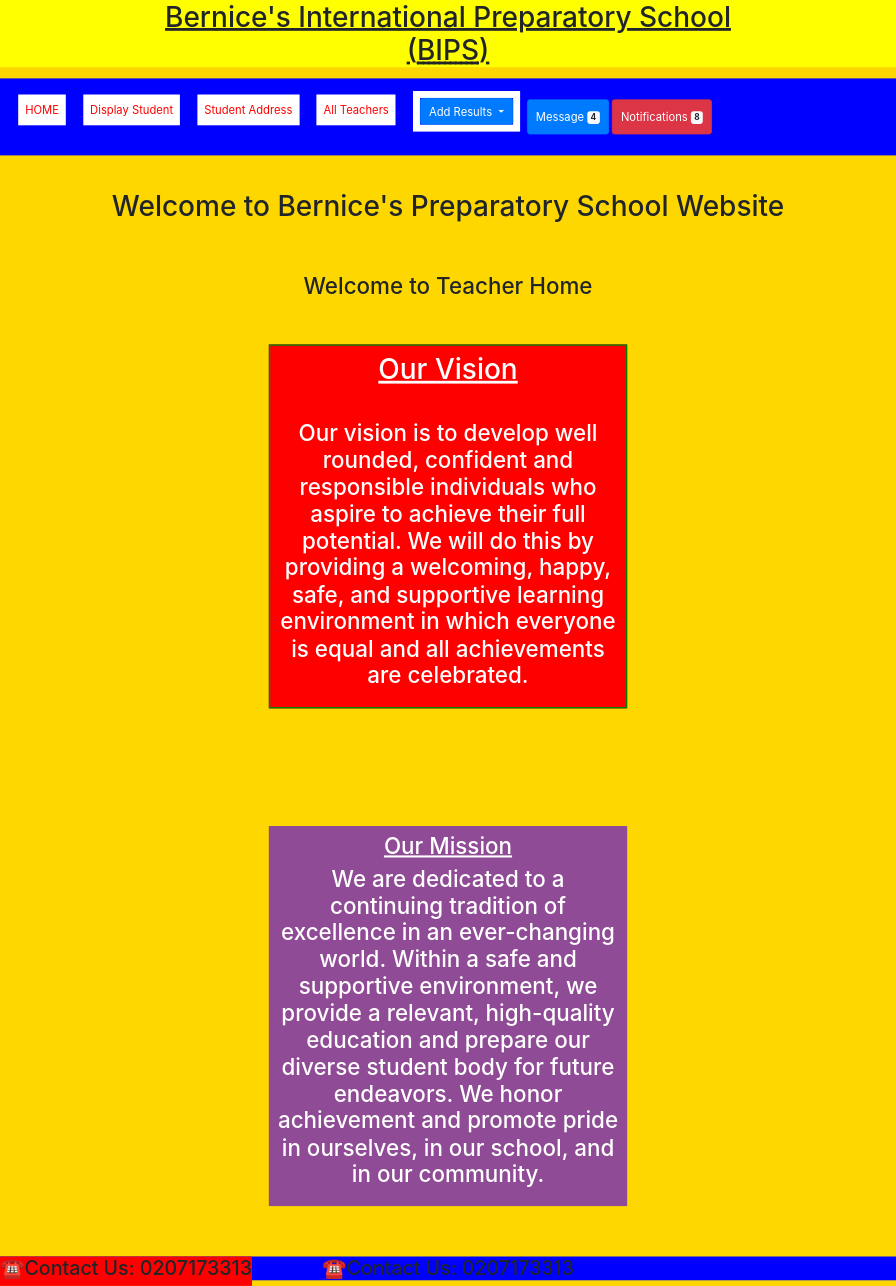
Repository: joseackah/eclipse-workspace
Page: http://localhost/com.school.mgt.system.Front.End/WEB-INF/views/teacherHome.jsp
An editor plug-in stored every save of this project. The page is shown before and after the next save, followed by the edit.
The browser window is 1280 px wide. The pictures show the whole page, at 70% of full size.
The page is served by Tomcat 9. Nobody is signed in. Other server files are loaded and not shown. The template is opened directly, without the code that normally fills it, so the values that code supplies are empty.

Above is the page before, as saved 2021-08-14 21:27:47.

### com.school.mgt.system.Front.End/src/main/webapp/WEB-INF/views/teacherHome.jsp
<%@ page language="java" contentType="text/html; charset=ISO-8859-1"
    pageEncoding="ISO-8859-1"%>
<!DOCTYPE html>
<html>
<head>
<style type="text/css">

a:link{
color: red;
}
a:visited{
color: green;
}
li:hover{
background-color: green;
transition: 5s;
color: red;
}
.article{
padding: 2em;
color: white;
animation: mymove 5s infinite;
position: relative;
}
@keyframes mymove{
from{background-color: red;
}
to{background-color: blue;
}
}
h3:before{
content: '\260E';}

.aside{
padding: 2em;
color: white;
position: relative;
animation-name: myaside;
animation: myaside 6s infinite;
}
@keyframes myaside{
from{background-color: green;}
to {background-color: rgb(145,74,152);}
}
</style>

<link href="${pageContext.request.contextPath}/resources/index.css"
	rel="stylesheet">
<meta charset="ISO-8859-1">
<meta name="viewport" content="width=device-width, initial-scale=1">
  <link rel="stylesheet" href="https://maxcdn.bootstrapcdn.com/bootstrap/4.5.2/css/bootstrap.min.css">
  <script src="https://ajax.googleapis.com/ajax/libs/jquery/3.5.1/jquery.min.js"></script>
  <script src="https://cdnjs.cloudflare.com/ajax/libs/popper.js/1.16.0/umd/popper.min.js"></script>
  <script src="https://maxcdn.bootstrapcdn.com/bootstrap/4.5.2/js/bootstrap.min.js"></script>
<title>TEACHER HOME</title>
</head>
<body style="background-color:gold;">
 <div id='firstHeader' class='firstHeader' name='firstHeader'>

        <h1 style="text-align:center"><ins>Bernice's International Preparatory School <p>(<abbr title="Bernice's International Preparatory School">BIPS</abbr>)</p></ins></h1>
    </div>
    <nav class="navbar navbar-expand-sm bg-blue navbar-blue" style="background-color: blue; content-display: flex-end;">
        <ul>
            <li><a href="${pageContext.request.contextPath}/general/homePage">HOME</a></li>

            <li><a href="${pageContext.request.contextPath}/schoolStudents/displayStudents">Display Student</a></li>

            <li><a href="${pageContext.request.contextPath}/studentAddress/displayStudentAddress">Student Address</a></li>

            <li><a href="${pageContext.request.contextPath}/schoolTeachers/displayTeachers">All Teachers</a></li>

           <li>
           <div class="dropdown" style="background-color:blue;">

  <button type="button" class="btn btn-primary dropdown-toggle" data-toggle="dropdown" >
    Add Results
  </button>
  <div class="dropdown-menu">
    <a class="dropdown-item" href="${pageContext.request.contextPath}/lowerPrimary/saveResults">Primary One</a>
    <a class="dropdown-item" href="#">Primary Two</a>
    <a class="dropdown-item" href="#">Primary Three</a>
    <a class="dropdown-item" href="#">Primary Four</a>
    <a class="dropdown-item" href="#">Primary Five</a>
    <a class="dropdown-item" href="#">Primary Six</a>
    <a class="dropdown-item" href="#">JHS One</a>
    <a class="dropdown-item" href="#">JHS Two</a>
    <a class="dropdown-item" href="#">JHS Three</a>
  </div>
</div>
      </li>

        </ul>

        <div class="">
        <div>
        <button type="button" class="btn btn-primary" style="margin-right: em; height: 50px">Message <span class="badge badge-light">4</span></button>
        <button type="button" class="btn btn-danger" style="margin-right: em; height: 50px">Notifications <span class="badge badge-light">8</span></button>
        </div>


	</div>
    </nav>

<br/>
<br />
<h1 style='text-align: center;'>Welcome to Bernice's Preparatory School Website</h1>
<br/> <br/>
 <p style="text-align:center"> <h2 style="text-align:center" > Welcome to Teacher Home </h2> </p> <br /> <br />

 <section style="display:flex-center; width:100%; text-align:center;">
 <article class="article" style="display:;display:inline-block; width:40%; border: 2px solid green; background-color:red;">
  <header style="display:center;"> <h1 style="text-align:center;"> <ins> Our Vision</ins></h1> <br/>
   <p><h2>Our vision is to develop well rounded, confident and responsible individuals who aspire to achieve their full potential. We will do this by providing a welcoming, happy, safe, and supportive learning environment in which everyone is equal and all achievements are celebrated. </h2></p>
</header>
</article><br /> <br /><br /> <br /><br /> <br /><br /> <br />
<aside class="aside" style="display:inline-block; width:40%; background-color:green;  height: 50%;" >
<article >

<header> <h2> <ins> Our Mission</ins></h2></header>
<h2><p> We are dedicated to a continuing tradition of excellence in an ever-changing world. Within a safe and supportive environment, we provide a relevant, high-quality education and prepare our diverse student body for future endeavors. We honor achievement and promote pride in ourselves, in our school, and in our community. </p></h2>
</article>
</aside>
</section>
<br /> <br/> <br/>
<div id="mainFooter" style="background-color:red; position:absolute; right: 20;">
<footer id="mainFooter"  style="">
<h3 style="display:bottom; ">Contact Us: 0207173313</h3>

</footer>
</div>

<footer class="footer"  >
<h3 style="text-align: center;">Contact Us: 0207173313</h3>

</footer>
${count}
</body>
</html>

### com.school.mgt.system.Front.End/src/main/webapp/resources/index.css
* {
    padding: 0px;
    margin: 0px;
}

.body{

	background-color:brown;
}

nav {
    /*display: flex;*/
    /*display: inline-block;*/
    align-items: center;
    align-content: center;
    width: 100%;
    border: 4px;
    background-color: blue;
}

nav li {
    display: inline-block;
    padding: 10px;
    margin: 10px;
    background-color: white;
    /*align-content: center;*/
    text-align: center;
}

#searchForm {
    float: right;
    height: 50px;
    width: 20%;
}

#input {
    align-content: flex-end;
    float: right;
    height: 40px;
    width: 70%;
    padding: 10px;
    padding-top: 30px;
    padding-bottom: 16px;
    margin: 5px;
}

#navsub {
    float: right;
    margin-top: 10px;
    margin-right: 5px;
    margin-left: 0px;
    padding: 10px;
}

#firstHeader {
    /*display: flex;*/
    /*float: left;*/
    background-color: yellow;
    height: 500%;
}








#his {
    /*display: flex;*/
    text-align: center;
    padding-top: 20px;
}

#p1 {
    padding: 20px;
    margin: 5px;
}

#brief {
    /*display: ;*/
    float: right;
    width: 50%;
    border: 2px;
    padding: 3px;
    padding-left: 3px;
    text-align: center;
    margin: 5px solid black;
    height: 99%;
    background-color: greenyellow;
    /*clear: both;*/
}

#table1 {
    text-align: left;
    align-content: left;
    padding-left: 10px;
    margin: 55px;
}





.footer {
	background-color: blue;

}

.collapsible {
    background-color: rgb(145, 125, 157);
    color: rgb(201, 181, 152);
    cursor: pointer;
    padding: 2px;
    width: 100%;
    border: none;
    text-align: center;
    outline: none;
    font-size: 12px;
}

.active,
.collapsible:hover {
    background-color: rgb(47, 47, 167);
}

.content {
    padding: 18px;
    display: none;
    overflow: hidden;
    background-color: whitesmoke;
}
.aside, .article{
	padding: 10px;
}

.article:hover{
	background-color: blue;
	color: white;
}

.td{
	padding: .5em 2em;
	border-radius: 5em;
}
nav li:hover{
	background-color:red;

}

After the next save:
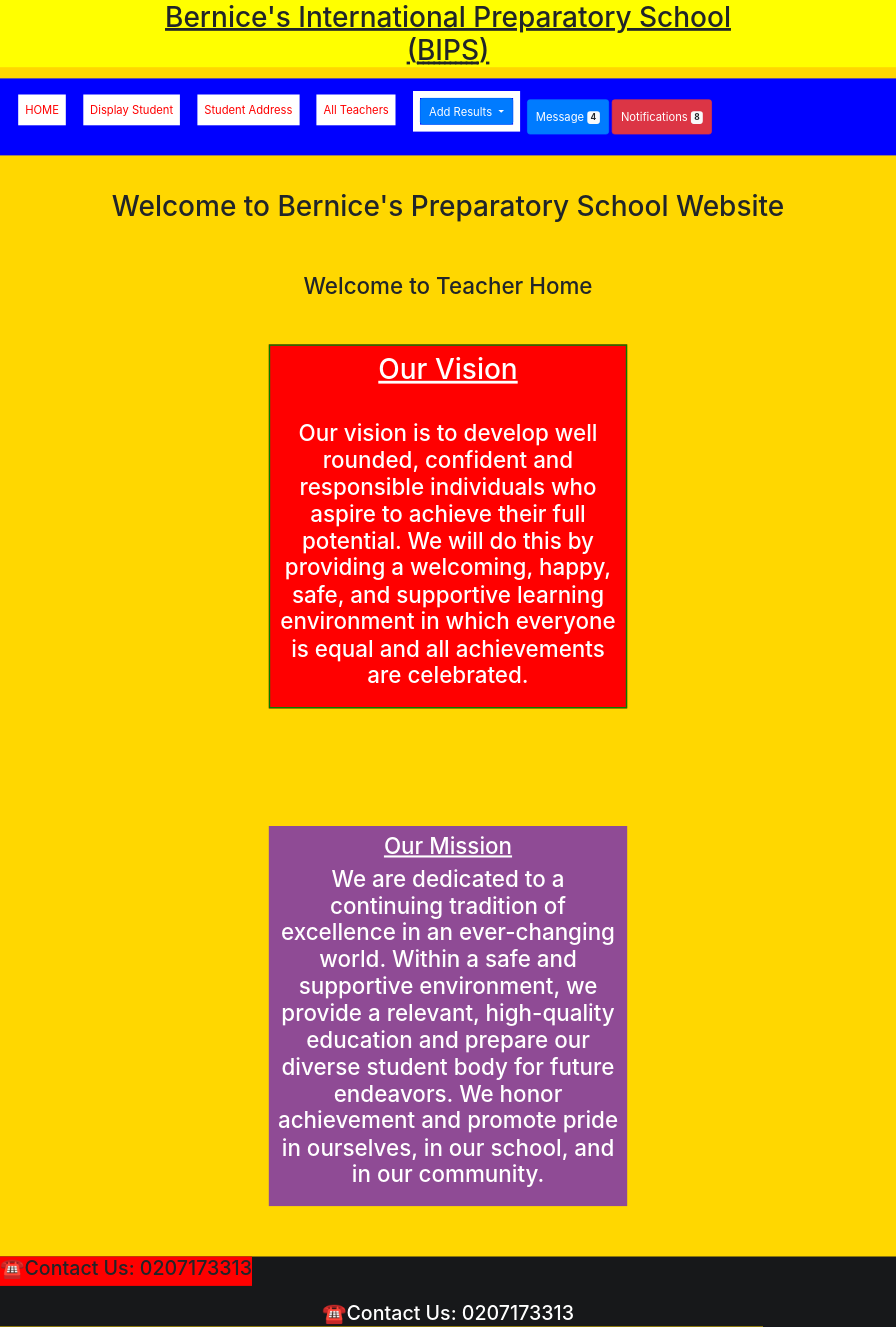
Saved 105 s later.
--- a/com.school.mgt.system.Front.End/src/main/webapp/WEB-INF/views/teacherHome.jsp
+++ b/com.school.mgt.system.Front.End/src/main/webapp/WEB-INF/views/teacherHome.jsp
@@ -52,6 +52,14 @@ to {background-color: rgb(145,74,152);}
   <script src="https://ajax.googleapis.com/ajax/libs/jquery/3.5.1/jquery.min.js"></script>
   <script src="https://cdnjs.cloudflare.com/ajax/libs/popper.js/1.16.0/umd/popper.min.js"></script>
   <script src="https://maxcdn.bootstrapcdn.com/bootstrap/4.5.2/js/bootstrap.min.js"></script>
+  <style type="text/css">
+  .footer {
+background-color: rgb(23, 24, 26);
+height: 100px;
+padding: 10px;
+padding-top: 4em;
+color: white;
+align-content: center;</style>
 <title>TEACHER HOME</title>
 </head>
 <body style="background-color:gold;">
